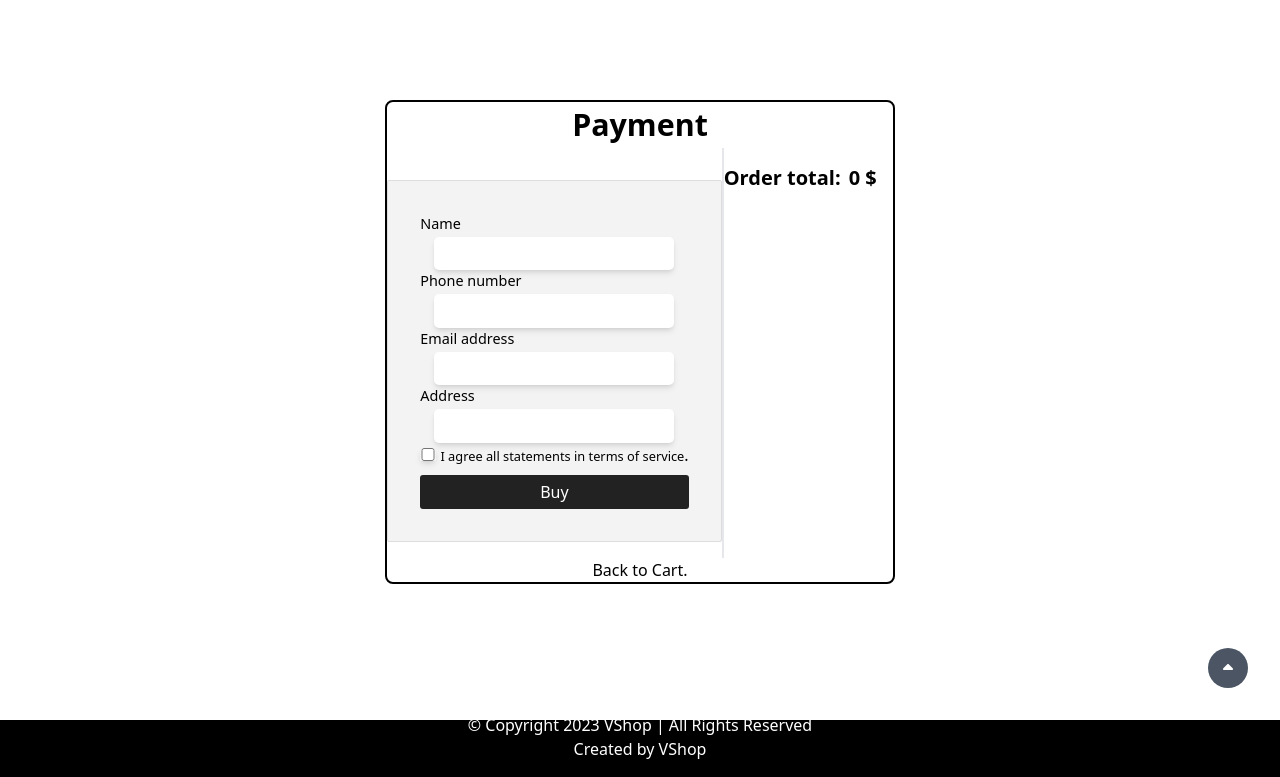
Repository: Kith933UTH/VSHOP
Page: /payment
An editor plug-in stored every save of this project. The page is shown before and after the next save, followed by the edit.
The browser window is 1280 px wide. The pictures show the whole page.
Pictures or frames that could not be fetched are drawn as grey boxes. The project was rebuilt for these pictures with package versions that can differ from the ones it lists, and the page was loaded fresh each time. Also part of the build but not shown: src/components/product-item/ProductItem.js, src/components/loader/Loader.js, src/constants/constants.js, src/components/product-filters/Category.js, src/components/product-filters/Price.js, src/components/product-filters/Rating.js, src/components/product-filters/ProductFilters.js, src/components/cart-shopping/CartEmpty.js and 20 more.

Above is the page before, as saved 2023-08-04 22:03:29.

### public/index.html
<!DOCTYPE html>
<html lang="en">
  <head>
    <meta charset="utf-8" />
    <link rel="icon" href="./logo.png" />
    <meta name="viewport" content="width=device-width, initial-scale=1" />
    <meta name="theme-color" content="#000000" />
    <meta
      name="description"
      content="Web site created using create-react-app"
    />
    <link rel="apple-touch-icon" href="%PUBLIC_URL%/logo192.png" />
    <!--
      manifest.json provides metadata used when your web app is installed on a
      user's mobile device or desktop. See https://developers.google.com/web/fundamentals/web-app-manifest/
    -->
    <link rel="manifest" href="%PUBLIC_URL%/manifest.json" />
    <!--
      Notice the use of %PUBLIC_URL% in the tags above.
      It will be replaced with the URL of the `public` folder during the build.
      Only files inside the `public` folder can be referenced from the HTML.

      Unlike "/favicon.ico" or "favicon.ico", "%PUBLIC_URL%/favicon.ico" will
      work correctly both with client-side routing and a non-root public URL.
      Learn how to configure a non-root public URL by running `npm run build`.
    -->
    <title>VShop</title>
  </head>
  <body>
    <noscript>You need to enable JavaScript to run this app.</noscript>
    <div id="root"></div>
  </body>
</html>

### src/index.js
import React from 'react'
import ReactDOM from 'react-dom/client'
import App from './App'
import {Provider} from "react-redux"
import {BrowserRouter} from "react-router-dom"
import {store} from "./redux"
import './index.css'

const root = ReactDOM.createRoot(document.getElementById('root'))
root.render(
    <Provider store={store}>
        <BrowserRouter>
            <App />
        </BrowserRouter>
    </Provider>
)

### src/redux/index.js
import {configureStore} from "@reduxjs/toolkit"
import {productsApi} from "./products/products.api"
import {productReducer} from "./products/products.slice"
import {setupListeners} from "@reduxjs/toolkit/query"

export const store = configureStore({
    reducer: {
        [productsApi.reducerPath]: productsApi.reducer,
        product: productReducer
    },
    middleware: getDefaultMiddleware => getDefaultMiddleware().concat(productsApi.middleware)
})

setupListeners(store.dispatch)

### src/index.css
@tailwind base;
@tailwind components;
@tailwind utilities;

@layer utilities {
    input[type="number"]::-webkit-inner-spin-button,
    input[type="number"]::-webkit-outer-spin-button {
        @apply appearance-none;
    }
}

html, body {
    width: 100%;
    height: 100%;
}

body::-webkit-scrollbar,
.box-item::-webkit-scrollbar,
.search-box::-webkit-scrollbar{
    width: 8px;
}

main {
    display: flex;
    flex-direction: column;
    height: 100%;
}

body::-webkit-scrollbar-thumb,
.box-item::-webkit-scrollbar-thumb,
.search-box::-webkit-scrollbar-thumb{
    background-color: #ccc;
    border-radius: 20px;
}

#root {
    height: 100%;
}

body {
    overflow: hidden;
}

.productItem:hover {
    transition: opacity .3s linear;
    opacity: .5;
}

.box-item {
    height: 320px;
    overflow-y: scroll;
}

/* Loader */
.loader-box {
    width: 100px;
    height: 100px;
    display: flex;
    justify-content: center;
    align-items: center;
    margin: 50px auto 0;
}

.loader{
    position: relative;
    width: 70px;
    height: 70px;
}

.loader span {
    position: absolute;
    top:0;
    left: 0;
    width: 100%;
    height: 100%;
    transform: rotate(calc(18deg * var(--i)));
}

.loader span::before {
    content:'';
    position: absolute;
    top: 0;
    left: 0;
    width: 10px;
    height: 10px;
    background: #000;
    border-radius: 50%;
    transform: scale(0);
    animation: animate 2s linear infinite;
    animation-delay: calc(0.1s * var(--i));
}
@keyframes animate {
    0%{
        transform: scale(0);
    }
    10%{
        transform: scale(1.2);
    }
    80%,100%{
        transform: scale(0);
    }
}

### src/context/context.js
import {createContext} from "react"

export const Context = createContext()

### src/components/footer/Footer.js
import React from "react"
import { Contact } from "../contact/Contact"
import { Policy } from "../policy/Policy"
export function Footer() {
    return (
        <footer className='bg-black text-white in-h-fit'>
            {/* <div className='max-w-[1240px] mx-auto py-2 text-sm sm:text-base'>
                <div className='flex justify-center'>
                    <a href='https://github.com/VolodymyrGoshko/react-shop'
                       target='_blank'
                       rel="noreferrer"
                       className='capitalize border-b mb-3 text-base hover:text-gray-300 transition'
                    >
                        view source code on github
                    </a>
                </div>
                <div className='flex justify-center flex-col items-center'>
                    <p className='text-center'>© Copyright 2022 React Shop | All Rights Reserved</p>
                    <a href='https://www.linkedin.com/in/volodymyr-goshko-656ab920b/'
                       target="_blank"
                       rel="noreferrer"
                       className='hover:text-gray-300 transition'
                    >
                        Created by Volodymyr Goshko
                    </a>
                </div>
            </div> */}
            <Contact />
            <Policy />
            <div className='flex justify-center flex-col items-center my-4'>
                    <p className='text-center'>© Copyright 2023 VShop | All Rights Reserved</p>
                    <a href='#' className='hover:text-gray-300 transition' >
                        Created by VShop
                    </a>
                </div>
        </footer>
    )
}

### src/components/btn-scroll/BtnScroll.js
import React from "react"
import {FontAwesomeIcon} from "@fortawesome/react-fontawesome"
import {faCaretUp} from "@fortawesome/free-solid-svg-icons"

export function BtnScroll() {
    const topClick = () => {
        const body = document.querySelector('body').getBoundingClientRect().top + window.scrollY
        window.scroll({
            top: body,
            behavior: 'smooth'
        })
    }

    return (
        <button
            className='fixed bottom-8 right-4 bg-gray-600 text-white rounded-full w-[30px] h-[30px] md:w-[40px] md:h-[40px] md:right-8 md:bottom-8 z-20 shadow-gray-600'
            onClick={topClick}
        >
            <FontAwesomeIcon icon={faCaretUp}/>
        </button>
    )
}

### src/components/payment/Payment.js
import React from "react"
import {useDispatch, useSelector} from "react-redux"
import { Link } from "react-router-dom"
import { CartItemPayment } from "./CartItemPayment"
export function Payment({login}) {
    const {cart, btnCart} = useSelector(state => state.product)
    const totalPrice = () => {
        let price = 0
        cart.forEach(item => price += item.price * item.quantity)
        return Math.round(price * 0.9 * 100) / 100
    }
    return (
        <div className="register-page text-center m-5-auto flex justify-center">
            <div className="border-2 rounded-lg border-black w-max h-fit">
            <h2>Payment</h2>
            <div className="flex flex-row justify-center">
                <form className="border-none bg-none m-0" action="/success">
                    <p>
                        <label>Name</label><br/>
                        <input className='shadow-md' type="text" name="name" required />
                    </p>
                    <p>
                        <label>Phone number</label><br/>
                        <input className='shadow-md' type="tel" name="tel" required />
                    </p>
                    <p>
                        <label>Email address</label><br/>
                        <input className='shadow-md' type="email" name="email" required />
                    </p>
                    <p>
                        <label>Address</label><br/>
                        <input className='shadow-md'  type="text" name="address" required />
                    </p>
                    <p className='mb-2'>
                        <input className='shadow-md' type="checkbox" name="checkbox" id="checkbox" required /> <span>I agree all statements in <a href="https://google.com" target="_blank" rel="noopener noreferrer">terms of service</a></span>.
                    </p>
                    <p>
                        <button id="sub_btn" type="submit">Buy</button>
                    </p>
                </form>
                <div className={`border-l-2 p-y-6 ${cart.length > 2 ? 'box-item' : ''}`}>
                    {cart.map(item => <CartItemPayment key={item.id} item={item}/>)}
                    <div className='flex justify-center sm:justify-end pt-4'>
                        <div className='w-fit rounded-xl flex flex-col justify-between items-center sm:flex-row'>
                            <div className='mr-0 sm:mr-4 font-semibold'>
                                <span className='mr-2 text-base sm:text-xl'>Order total:</span>
                                <span className='text-base sm:text-xl'>{totalPrice()} $</span>
                            </div>
                        </div>
                    </div>
                </div>
            </div>
            <footer>
                <p><Link to="/">Back to Cart</Link>.</p>
            </footer>
            </div>
        </div>
    )
}

### src/redux/products/products.api.js
import {createApi, fetchBaseQuery} from "@reduxjs/toolkit/query/react"

export const productsApi = createApi({
    reducerPath: 'products/api',
    baseQuery: fetchBaseQuery({
        baseUrl: 'https://fakestoreapi.com'
    }),
    // refetchOnFocus: true,
    endpoints: build => ({
        getProductsAll: build.query({
            query:() => ({
                url: '/products'
            })
        }),
        getProductById: build.query({
            query:(id) => ({
                url: `/products/${id}`
            })
        }),
        getProductByCategory: build.query({
            query:(category) => ({
                url: `/products/category/${category}`
            })
        })
    })
})

export const {
    useGetProductsAllQuery,
    useGetProductByIdQuery,
    useGetProductByCategoryQuery
} = productsApi

### src/redux/products/products.slice.js
import {createSlice} from "@reduxjs/toolkit"

const productsSlice = createSlice({
    name: 'products',
    initialState: {
        cart: [],
        btnCart: null,
        filters: {},
        search: false,
        searchFilterProducts: null
    },
    reducers: {
        clearCart(state, action) {
            state.cart = state.cart.slice(0, action.payload)
        },
        addProductToCart(state, action) {
            state.cart.push({...action.payload, quantity: 1})
        },
        incrementProductInCart(state, action) {
            const item = state.cart.find(item => item.id === action.payload)
            item.quantity++
        },
        decrementProductInCart(state, action) {
            const item = state.cart.find(item => item.id === action.payload)
            if (item.quantity === 1) {
                item.quantity = 1
            } else {
                item.quantity--
            }
        },
        toggleBtnCart(state, action) {
            state.btnCart = action.payload
        },
        removeItemFromCart(state, action) {
            state.cart = state.cart.filter(el => el.id !== action.payload)
        },
        filtersProductsByCategory(state, action) {
            state.filters = action.payload
        },
        toggleSearchForm(state, action) {
            state.search = action.payload
        },
        setSearchFilterProducts(state, action) {
            state.searchFilterProducts = action.payload
        }
    },
})

export const productReducer = productsSlice.reducer
export const {
    clearCart,
    addProductToCart,
    incrementProductInCart,
    decrementProductInCart,
    toggleBtnCart,
    removeItemFromCart,
    filtersProductsByCategory,
    toggleSearchForm,
    setSearchFilterProducts
} = productsSlice.actions

### src/components/policy/Policy.js
import React from "react"
import { Link } from "react-router-dom"
export function Policy() {
    return (
        <div className='text-white in-h-fit max-w-[1240px] mx-auto py-2 text-sm sm:text-base flex justify-around items-cente'>
            <Link className='text-lg font-medium text-center' to='/return-policy'>
                RETURN POLICIES
            </Link>
            <Link className='text-lg font-medium text-center' to='/warranty-policy'>
                WARRANTY POLICIES
            </Link>
            <Link className='text-lg font-medium text-center' to='/shipping-policy'>
                SHIPPING POLICIES
            </Link>
        </div>
    )
}

### src/components/login/index.css
/* .m-5-auto {
    margin: 5rem auto
} */

.primary-button {
    margin-top: 5rem;
    margin-right: 1rem;
    padding: .6rem;
    width: 10rem;
    background: #222;
    border: none;
    color: #fff;
    font-size: 1.2rem;
    transition: all .5s;
    cursor: pointer;
    text-transform: capitalize
}

/***    Landing Page     ***/
.main-title,
.main-para {
    color: #f1f1f1
}

.main-title {
    padding-top: 10rem;
    font-size: 5rem;
    font-family: 'Fascinate', cursive;
    text-transform: uppercase
}

.main-para {
    font-size: 2.5rem;
    text-Transform: capitalize
}

#reg_btn span {
    display: inline-block;
    position: relative;
    transition: 0.5s;
}

#reg_btn span:after {
    content: '\00bb';
    position: absolute;
    opacity: 0;
    top: 0;
    right: -20px;
    transition: 0.5s;
}

#reg_btn:hover span {
  padding-right: 25px;
}

#reg_btn:hover span:after {
  opacity: 1;
  right: 0;
}

/***    Login Page     ***/
.login-page h2 {
    font-weight: 700;
    font-size: 1.9rem;
}
.login-page {
    position: fixed;
    top: 0;
    left: 0;
    right: 0;
    bottom: 0;
    z-index: 10;
    background-color: white;
    padding-top: 100px;
}

.login-page form {
    display: inline-block;
    background: #f3f3f3;
    border: 1px solid #ddd;
    border-radius: 2px;
    padding: 2rem;
    margin: 2rem 0 1rem 0
}

.login-page form label {
    float: left;
    font-size: .9rem;
    margin: 0;
    padding: 0
}

.right-label {
    float: right;
    cursor: pointer
}

.login-page input {
    width: 15rem;
    padding: .3rem;
    border-radius: 5px;
    outline: none;
    border: none
}

#sub_btn {
    display: block;
    width: 100%;
    padding: .3rem;
    border: none;
    background: #222;
    color: #fff;
    border-radius: 3px;
}

#sub_btn:hover {
    background: #333;
    transition: all .5s
}

/* footer p {
    margin: 0;
    font-size: .9rem
} */

/***    Register Page     ***/
#checkbox {
    width: 1rem
}

form span {
    font-size: .8rem
}

#reset_pass_lbl {
    float: left
}

/***    Home Page     ***/
.home-page-title {
    color: #222
}


.register-page input {
    width: 15rem;
    padding: .3rem;
    border-radius: 5px;
    outline: none;
    border: none
}

.register-page h2 {
    font-weight: 700;
    font-size: 1.9rem;
}
.register-page {
    position: fixed;
    top: 0;
    left: 0;
    right: 0;
    bottom: 0;
    z-index: 10;
    background-color: white;
    padding-top: 100px;
}

.register-page form {
    display: inline-block;
    background: #f3f3f3;
    border: 1px solid #ddd;
    border-radius: 2px;
    padding: 2rem;
    margin: 2rem 0 1rem 0
}

.register-page form label {
    float: left;
    font-size: .9rem;
    margin: 0;
    padding: 0
}

### src/components/contact/index.css
.contact-section {
    /* height: 96vh; */
    width: 100%;
    border-bottom: 1px solid #999;
}

.form-area {
    position: relative;
    /* height:84vh; */
    width: 100%;
    background: black;
    -webkit-box-sizing: border-box;
    box-sizing: border-box;
}

.form-area .form-wrap {
    /* position: absolute; */
    /* left: 50%;
    -webkit-transform: translateX(-50%);
    -ms-transform: translateX(-50%);
    transform: translateX(-50%); */
    width: 1120px;
    background-color: white;
    background-size: cover;
    background-position: center;
    border-radius: 0.2rem;
    -webkit-box-sizing: border-box;
    box-sizing: border-box;
    -webkit-box-shadow: 0 0 0.4rem 0 #999;
    box-shadow: 0 0 0.4rem 0 #999;
}

.form-wrap .title {
    padding-top: 2.4rem;
    width: 100%;
    -webkit-box-sizing: border-box;
    box-sizing: border-box;
}

.form-wrap .title h1 {
    color: black;
    font-size: 2.6rem;
    text-align: center;
}

.form-wrap .contact-area {
    padding-top: 3rem;
    display: -webkit-box;
    display: -ms-flexbox;
    display: flex;
    width: 100%;
    height: auto;
    -webkit-box-sizing: border-box;
    box-sizing: border-box;
}

.contact-area .contact-info {
    display: flex;
    flex-direction: column;
    justify-content: center;
    align-items: center;
    width: 35%;
    height: 100%;
    margin-left: 6rem;
}

.contact-info>div {
    margin-bottom: 1rem;
    display: -webkit-box;
    display: -ms-flexbox;
    display: flex;
    -webkit-box-align: center;
    -ms-flex-align: center;
    align-items: center;
}

.contact-info>div>p {
    color: #333;
    font-size: 1.4rem;
    font-weight: 500;
    text-align: center;
}

.contact-info>div>span {
    color: #61790a;
    font-size: 2rem;
    margin-right: 0.8rem;
}

.contact-area .contact-form {
    display: -webkit-box;
    display: -ms-flexbox;
    display: flex;
    -webkit-box-orient: vertical;
    -webkit-box-direction: normal;
    -ms-flex-direction: column;
    flex-direction: column;
    width: 60%;
    height: auto;
    padding: 0 3rem;
    -webkit-box-sizing: border-box;
    box-sizing: border-box;
}

.contact-form .name-field {
    display: -webkit-box;
    display: -ms-flexbox;
    display: flex;
    -webkit-box-pack: justify;
    -ms-flex-pack: justify;
    justify-content: space-between;
}

.name-field .input-area {
    width: 48%;
}

.contact-form .input-area {
    position: relative;
    margin-bottom: 2rem;
}

.input-area input {
    height: 3rem;
    width: 100%;
    color: #333;
    font-size: 1.2rem;
    border: 2px solid #fff;
    border-radius: 0.2rem;
    /* background: #eff; */
    -webkit-box-shadow: 0 0 0.1rem #666;
    box-shadow: 0 0 0.1rem #666;
    outline: none;
    padding: 0 1rem;
    -webkit-box-sizing: border-box;
    box-sizing: border-box;
    -webkit-transition: all 0.3s ease;
    -o-transition: all 0.3s ease;
    transition: all 0.3s ease;
}

.input-area label {
    position: absolute;
    top: 50%;
    left: 1rem;
    -webkit-transform: translateY(-50%);
    -ms-transform: translateY(-50%);
    transform: translateY(-50%);
    color: #333;
    font-size: 1.2rem;
    font-weight: 500;
    -webkit-transition: all 0.3s ease;
    -o-transition: all 0.3s ease;
    transition: all 0.3s ease;
}

.input-area input:focus~label,
.input-area input:valid~label {
    top: -0.8rem;
    left: 0;
    color: #fff;
    background: #111;
    border-radius: 5px;
    padding: 0.2rem;
    font-size: 1rem;
}

.contact-form .message-area {
    position: relative;
    -webkit-box-flex: 1;
    -ms-flex: 1 1 auto;
    flex: 1 1 auto;
    height: 200px;
    width: 100%;
}

.message-area textarea {
    height: 100%;
    width: 100%;
    border: 2px solid #fff;
    outline: none;
    font-size: 1.2rem;
    padding: 1rem;
    color: #333;
    -webkit-box-sizing: border-box;
    box-sizing: border-box;
    -webkit-box-shadow: 0 0 0.1rem #666;
    box-shadow: 0 0 0.1rem #666;
    border-radius: 0.2rem;
    resize: vertical;
    -webkit-transition: all 0.3s ease;
    -o-transition: all 0.3s ease;
    transition: all 0.3s ease;
}

.message-area label {
    position: absolute;
    color: #333;
    font-weight: 500;
    font-size: 1.2rem;
    top: 1rem;
    left: 1rem;
    -webkit-transition: all 0.3s ease;
    -o-transition: all 0.3s ease;
    transition: all 0.3s ease;
}

.message-area textarea:focus~label,
.message-area textarea:valid~label {
    top: -1.6rem;
    left: 0;
    color: #fff;
    padding: 0.2rem;
    background: #111;
    font-size: 1rem;
}

.contact-form .btn {
    margin-top: 1.8rem;
}

.contact-form .btn button {
    height: 3.2rem;
    width: 8rem;
    border: none;
    outline: none;
    color: #fff;
    font-size: 1.2rem;
    background: black;
    border-radius: 0.1rem;
    cursor: pointer;
}

#contact.menu-active {
    padding-top: 2rem;
}

### src/components/contact/reponsive.css
@media screen and (min-width: 940px) and (max-width: 1360px) {
    /* .contact-section {
        height: 107vh;
    } */
    .form-area .form-wrap {
        width: 90%;
        height: 620px;
    }
}

@media screen and (max-width: 1040px) {
    .contact-area .contact-info {
        margin-left: 0;
        display: flex;
        flex-direction: column;
        justify-content: center;
        align-items: center;
    }

    .contact-area .contact-form {
        padding: 0 1.8rem;
    }

}



@media screen and (max-width: 940px) {
    /* .contact-section {
        height: 148vh;
    } */

    .form-area .form-wrap {
        padding-bottom: 3.6rem;
        width: 80%;
        height: auto;
    }

    .form-wrap .contact-area {
        -webkit-box-orient: vertical;
        -webkit-box-direction: normal;
        -ms-flex-direction: column;
        flex-direction: column;
        -webkit-box-pack: center;
        -ms-flex-pack: center;
        justify-content: center;
    }

    .contact-area .contact-info {
        width: 100%;
    }

    .contact-area .contact-form {
        width: 100%;
        padding: 1rem 4rem 0 4rem;
    }
}

/*
@media screen and (max-width: 836px) {
    .contact-section {
        min-height: 96vh;
    }
} */

@media screen and (max-width: 770px) {
    .contact-section {
        height: 1100px;
    }

    .form-area .form-wrap {
        width: 88%;
        height: auto;
    }
}

@media screen and (max-width: 680px) {
    .contact-section {
        height: 1100px;
    }


    .form-area .form-wrap {
        /* top: -82%; */
        width: 88%;
        height: auto;
    }

}


@media screen and (max-width: 490px) {
    .contact-section {
        height: 1100px;
    }

    .contact-area .contact-info {
        width: 88%;
        margin-left: 1.2rem;
    }

    .form-area .form-wrap {
        /* top: -82%; */
        width: 88%;
        height: auto;
    }

    .contact-info>div>p {
        font-size: 1.2rem;
    }

    .contact-area .contact-form {
        margin-top: 1.4rem;
        padding: 0 1.2rem;
    }

}

@media screen and (max-width: 390px) {
    .contact-section {
        height: 1130px;
    }

    .contact-area .contact-info {
        width: 80%;
        /* margin-left: 1.2rem; */
    }

    .form-area .form-wrap {
        width: 90%;
        height: auto;
    }

    .contact-info>div>p {
        font-size: 1.2rem;
    }

    .contact-area .contact-form {
        width: 100%;
        padding: 1rem 1rem 0 1rem;
    }
}


@media screen and (max-width: 340px) {
    .contact-section {
        height: 980px;
    }

    .form-area .form-wrap {
        top: -86%;
        width: 96%;
    }

    .contact-area  {
        width: 100%;
    }

    .contact-area .contact-info {
        width: 100%;
        margin-left: 1rem;
    }

    .form-wrap .title h1 {
        font-size: 2rem;
    }

    .contact-info>h2 {
        font-size: 1.6rem;
    }

    .contact-info>div>p {
        font-size: 1rem;
    }

    .contact-info>div>span {
        font-size: 1.2rem;
    }

    .input-area label {
        font-size: 1rem;
    }

    .message-area label {
        font-size: 1rem;
    }

}

Loaded but not shown: tailwind.config.js (common file); src/components/contact/Contact.js (66 lines, source omitted); src/App.js (43 lines, source omitted)

After the next save:
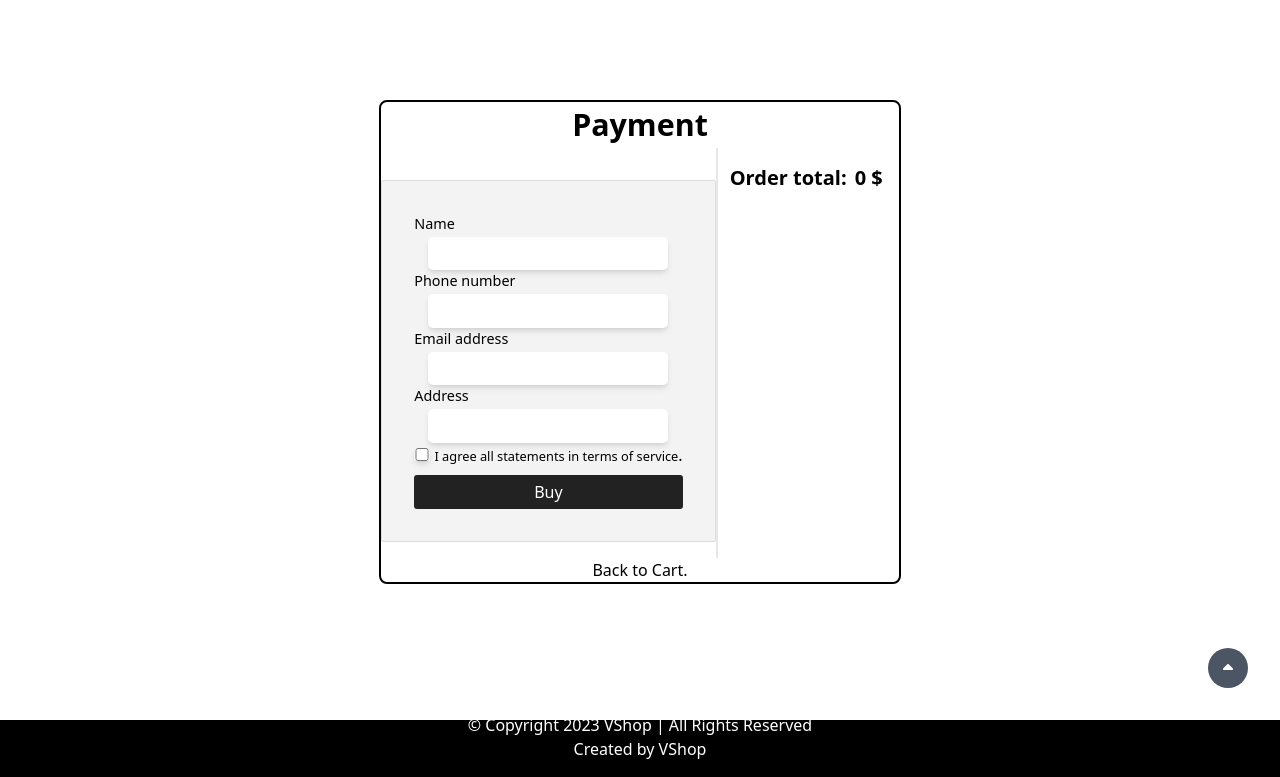
Saved 24 s later.
--- a/src/components/payment/Payment.js
+++ b/src/components/payment/Payment.js
@@ -38,7 +38,7 @@ export function Payment({login}) {
                         <button id="sub_btn" type="submit">Buy</button>
                     </p>
                 </form>
-                <div className={`border-l-2 p-y-6 ${cart.length > 2 ? 'box-item' : ''}`}>
+                <div className={`border-l-2 pl-3 ${cart.length > 2 ? 'box-item' : ''}`}>
                     {cart.map(item => <CartItemPayment key={item.id} item={item}/>)}
                     <div className='flex justify-center sm:justify-end pt-4'>
                         <div className='w-fit rounded-xl flex flex-col justify-between items-center sm:flex-row'>
